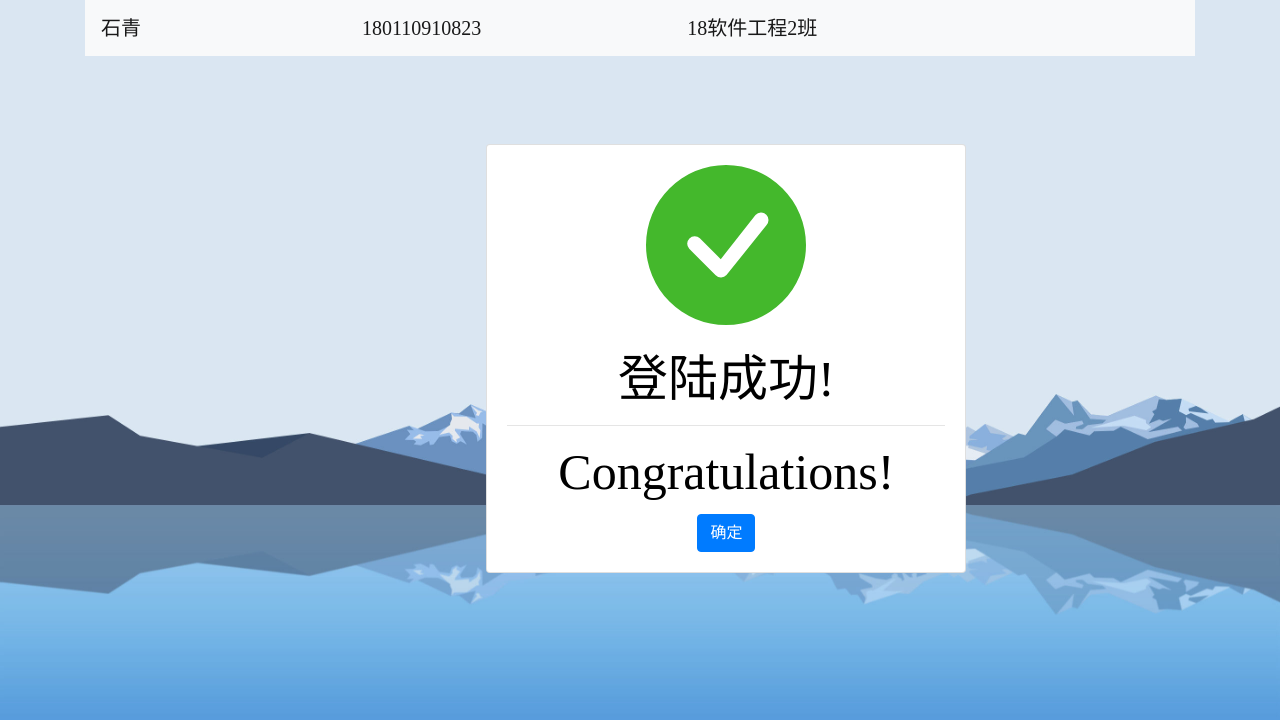
Repository: sqsssq/JavaWeb
Page: class1/IDEA/web/successful.html
An editor plug-in stored every save of this project. The page is shown before and after the next save, followed by the edit.
The browser window is 1280 px wide. The pictures show the whole page.

Above is the page before, as saved 2020-09-25 00:50:10.

### class1/IDEA/web/successful.html
<!--
 * @Author: your name
 * @Date: 2020-09-23 10:46:47
 * @LastEditTime: 2020-09-25 00:50:10
 * @LastEditors: Please set LastEditors
 * @Description: In User Settings Edit
 * @FilePath: \IDEA\web\successful.html
-->
<!DOCTYPE html>
<html lang="en">

<head>
    <meta charset="UTF-8">
    <meta name="viewport" content="width=device-width, initial-scale=1, shrink-to-fit=no">
    <link rel="stylesheet" href="https://cdn.jsdelivr.net/npm/bootstrap@4.5.0/dist/css/bootstrap.min.css"
        integrity="sha384-9aIt2nRpC12Uk9gS9baDl411NQApFmC26EwAOH8WgZl5MYYxFfc+NcPb1dKGj7Sk" crossorigin="anonymous">
    <script src="https://cdn.jsdelivr.net/npm/jquery@3.5.1/dist/jquery.slim.min.js"
        integrity="sha384-DfXdz2htPH0lsSSs5nCTpuj/zy4C+OGpamoFVy38MVBnE+IbbVYUew+OrCXaRkfj" crossorigin="anonymous">
    </script>
    <script src="https://cdn.jsdelivr.net/npm/popper.js@1.16.0/dist/umd/popper.min.js"
        integrity="sha384-Q6E9RHvbIyZFJoft+2mJbHaEWldlvI9IOYy5n3zV9zzTtmI3UksdQRVvoxMfooAo" crossorigin="anonymous">
    </script>
    <script src="https://cdn.jsdelivr.net/npm/bootstrap@4.5.0/dist/js/bootstrap.min.js"
        integrity="sha384-OgVRvuATP1z7JjHLkuOU7Xw704+h835Lr+6QL9UvYjZE3Ipu6Tp75j7Bh/kR0JKI" crossorigin="anonymous">
    </script>

    <title>Title</title>
    <style>
        html {
            height: 100%;
        }

        body {
            height: 100%;
            background-image: url("./img/bcg2.jpg");
            background-repeat: no-repeat;
            background-size: 100% 100%;
            background-position: center center;
        }
    </style>
</head>

<body>
    <div class="container" style="font-family: 华文行楷;">
        <nav class="navbar navbar-expand-lg navbar-light bg-light">
            <a class="navbar-brand" href="#">石青
                &nbsp;&nbsp;&nbsp;&nbsp;&nbsp;&nbsp;&nbsp;&nbsp;&nbsp;&nbsp;&nbsp;&nbsp;&nbsp;&nbsp;&nbsp;&nbsp;&nbsp;&nbsp;&nbsp;&nbsp;&nbsp;&nbsp;&nbsp;&nbsp;&nbsp;&nbsp;&nbsp;&nbsp;&nbsp;&nbsp;&nbsp;&nbsp;&nbsp;&nbsp;&nbsp;&nbsp;&nbsp;&nbsp;&nbsp;&nbsp;</a>
            <a class="navbar-brand"
                href="#">180110910823&nbsp;&nbsp;&nbsp;&nbsp;&nbsp;&nbsp;&nbsp;&nbsp;&nbsp;&nbsp;&nbsp;&nbsp;&nbsp;&nbsp;&nbsp;&nbsp;&nbsp;&nbsp;&nbsp;&nbsp;&nbsp;&nbsp;&nbsp;&nbsp;&nbsp;&nbsp;&nbsp;&nbsp;&nbsp;&nbsp;&nbsp;&nbsp;&nbsp;&nbsp;&nbsp;&nbsp;&nbsp;&nbsp;</a>
            <a class="navbar-brand" href="#">18软件工程2班</a>

        </nav>
        <form method="post" action="loginAction.jsp">

            <!--    <form>-->
            <div class="card"
                style="width: 30rem; position:absolute; left: 38%; float: left; top: 20%; background-color: white;">
                <div class="card-body" style="text-align: center;">

                    <!-- <img src="..." class="card-img-top" alt="..."> -->
                    <svg width="10em" height="10em" viewBox="0 0 16 16" class="bi bi-check-circle-fill"
                        fill="#44B82C" xmlns="http://www.w3.org/2000/svg">
                        <path fill-rule="evenodd"
                            d="M16 8A8 8 0 1 1 0 8a8 8 0 0 1 16 0zm-3.97-3.03a.75.75 0 0 0-1.08.022L7.477 9.417 5.384 7.323a.75.75 0 0 0-1.06 1.06L6.97 11.03a.75.75 0 0 0 1.079-.02l3.992-4.99a.75.75 0 0 0-.01-1.05z" />
                    </svg>
                    <br> <br>
                    <h3 class="card-title" style="color: black; font-size: 50px;">登陆成功!</h3>
                    <hr>
                    <h3 class="card-title" style="color: black; font-size: 50px;">Congratulations!</h3>
                    <input class="btn btn-primary" value="确定" id="btn1" type="submit">
                    <!--            <input  class="btn btn-success" value="注册" id="btn2" type="submit">-->
                    <!--            <button class="btn btn-block" id="btn">登陆</button>-->
                </div>
            </div>
        </form>
    </div>
</body>

</html>

After the next save:
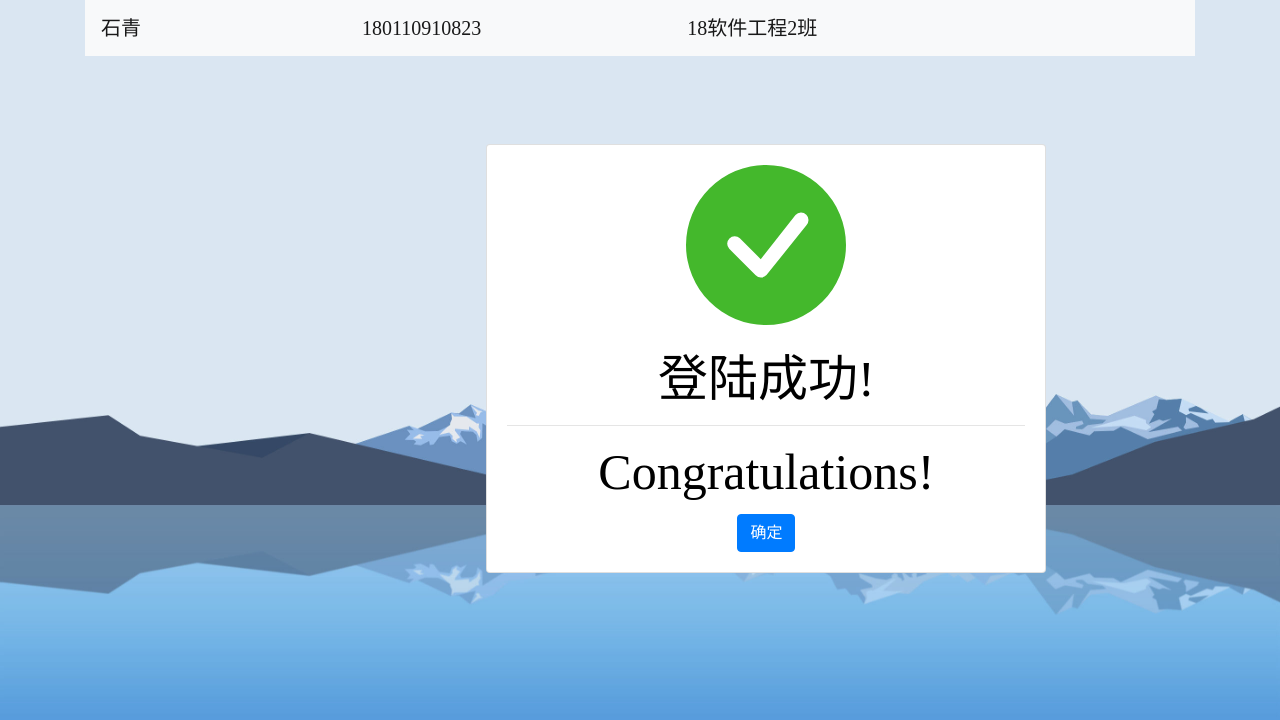
Saved 7 s later.
--- a/class1/IDEA/web/successful.html
+++ b/class1/IDEA/web/successful.html
@@ -54,7 +54,7 @@
 
             <!--    <form>-->
             <div class="card"
-                style="width: 30rem; position:absolute; left: 38%; float: left; top: 20%; background-color: white;">
+                style="width: 35rem; position:absolute; left: 38%; float: left; top: 20%; background-color: white;">
                 <div class="card-body" style="text-align: center;">
 
                     <!-- <img src="..." class="card-img-top" alt="..."> -->
